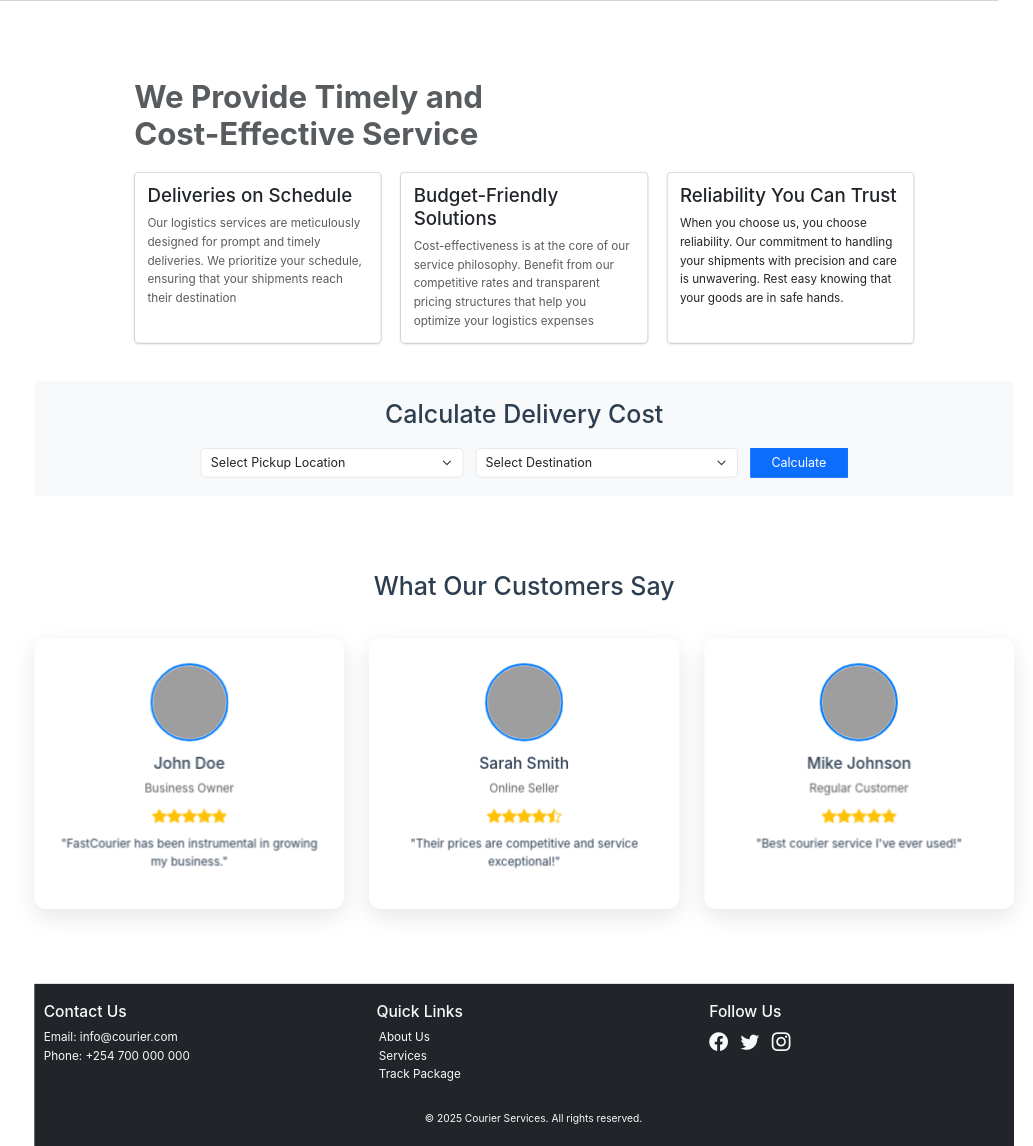
Repository: stancillous/package-yangu-logistics
Page: /
These files come from the project's save history. The page is drawn as it stood at one moment and after the next save; the edit follows.
The browser window is 1280 px wide. The page is 1324 px wide, so the pictures cover 1324 px, including what lies to the right of the window. The pictures show the part of the page from y = 676 to 2145 px (the page is 2145 px tall), at 78% of full size.
Pictures or frames that could not be fetched are drawn as grey boxes. The project was rebuilt for these pictures with package versions that can differ from the ones it lists, and the page was loaded fresh each time. Also part of the build but not shown: vite.config.ts.

Above is the page before, as saved 2025-01-31 14:16:19.

After the next save:
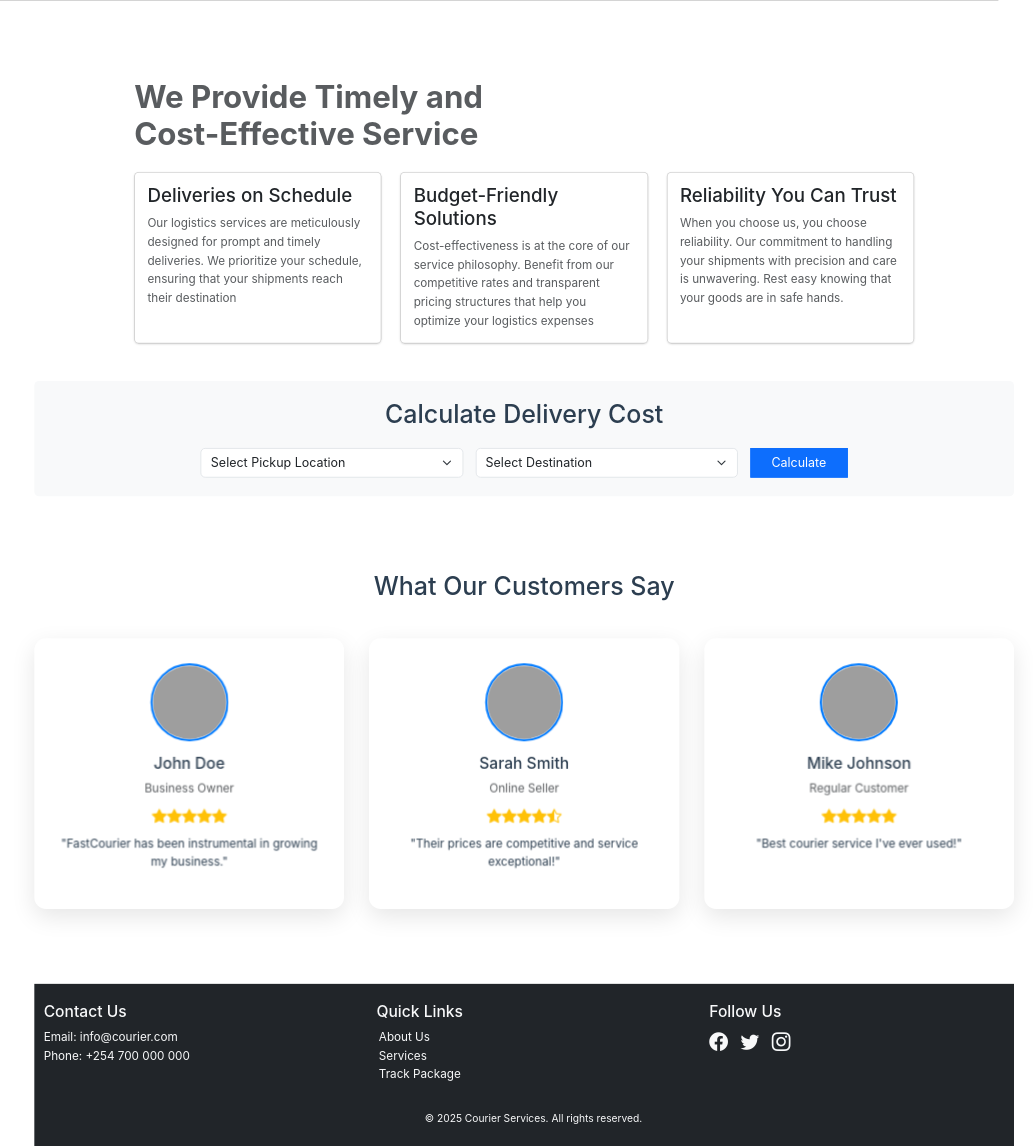
Saved 5 s later.
--- a/src/views/Index.vue
+++ b/src/views/Index.vue
@@ -60,7 +60,7 @@
                 <div class="card-body">
                   <!-- <i class="bi bi-shield-check fs-1 text-primary mb-3"></i> -->
                   <h4 class="card-title">Reliability You Can Trust</h4>
-                  <p class="card-text">When you choose us, you choose reliability. Our commitment to handling your shipments with precision and care is unwavering. Rest easy knowing that your goods are in safe hands.</p>
+                  <p class="card-text text-muted">When you choose us, you choose reliability. Our commitment to handling your shipments with precision and care is unwavering. Rest easy knowing that your goods are in safe hands.</p>
                 </div>
               </div>
             </div>
